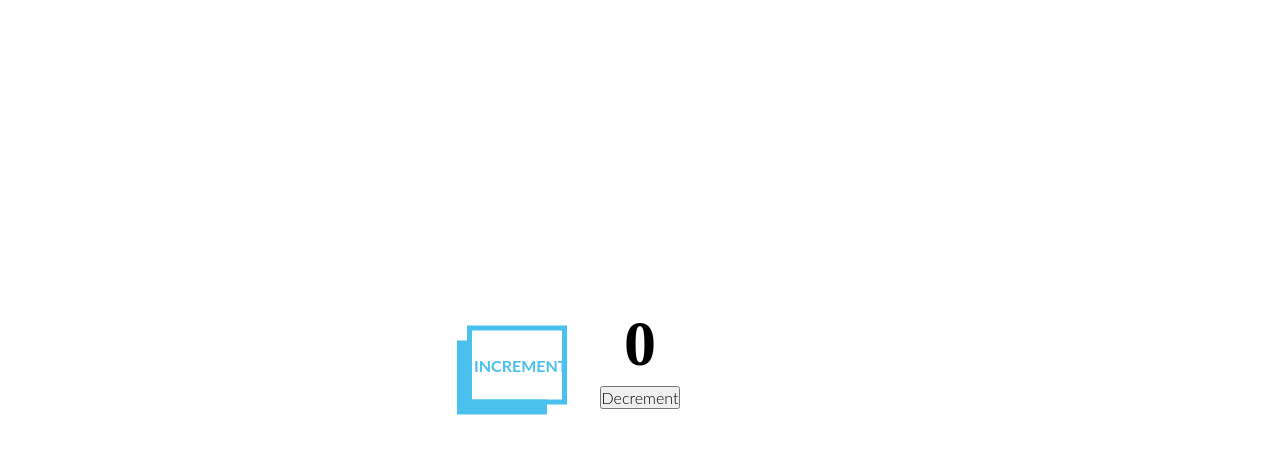
Repository: Ellisvelandia/react_introduction_test
Page: /
The author's editor kept a copy of each file at every save. The page is drawn from the files as they stood at one save, then again after the next save.
The browser window is 1280 px wide. The pictures show the whole page.
The project was rebuilt for these pictures with package versions that can differ from the ones it lists, and the page was loaded fresh each time. Also part of the build but not shown: src/index.css.

Above is the page before, as saved 2022-08-15 20:08:51.

### src/App.js
import "./App.scss";
import React, { useState } from "react";

const App = () => {
  const [num, changeNum] = useState(0);

  const incrementNum = () => {
    changeNum(num + 2);
  };

  const decrementNum = () => {
    if (num - 1 < 0) {
      alert(`you can't decrease than 0`);
    } else {
      changeNum(num - 2);
    }
  };

  return (
    <>
      <div className="container">
        <h1>{num}</h1>
        <button className="button_I" onClick={incrementNum}>Increment</button>
        <button className="button_D" onClick={decrementNum}>Decrement</button>
      </div>
    </>
  );
};

export default App;

### src/App.scss
* {
  margin: 0;
  padding: 0;
  box-sizing: border-box;
}

body {
  width: 100%;
  height: 100vh;
  display: flex;
  justify-content: center;
  align-items: center;
  flex-direction: column;
}

.container {
  align-self: center;
}

h1 {
  text-align: center;
  font-size: 4rem;
}

button {
  font-size: 1rem;
  margin: 5px;
  font-family: "Lato", sans-serif;
  font-weight: 300;
}


.button_I {
  position: absolute;
  left: 40%;
  top: 50%;
  transform: translateX(-50%) translateY(-50%);

  background: #fff;
  max-width: 100px;
  padding: 25px 2px;

  border: 5px solid #4ac0ee;
  color: #4ac0ee;
  font-weight: bold;
  text-transform: uppercase;
  text-align: center;

  z-index: 2;
  transition: all 0.15s 0.15s ease-out;

  &:after,
  &:before {
    position: absolute;
    width: 100%;
    max-width: 100%;
    top: 100%;
    left: 0;
    bottom: -10px;
    content: "";
    z-index: 1;
    transition: all 0.15s 0.15s ease-out;
  }

  &:before {
    background: #4ac0ee;
    top: 10px;
    left: -15px;
    height: 100%;
    width: 15px;
  }

  &:after {
    width: 100%;
    background: #4ac0ee;
    right: 0px;
    left: -15px;
    height: 15px;
  }

  &:hover {
    background: #4ac0ee;
    color: #fff;
    margin-left: -7.5px;
    margin-bottom: -7.5px;

    &:after,
    &:before {
      top: 100%;
      left: 0;
      bottom: 0px;
    }

    &:before {
      top: 0px;
      left: 0px;
      width: 0px;
    }

    &:after {
      right: 0px;
      left: 0px;
      height: 0px;
    }
  }
}

Loaded but not shown: public/index.html (common file); src/index.js (common file); src/reportWebVitals.js (common file)

After the next save:
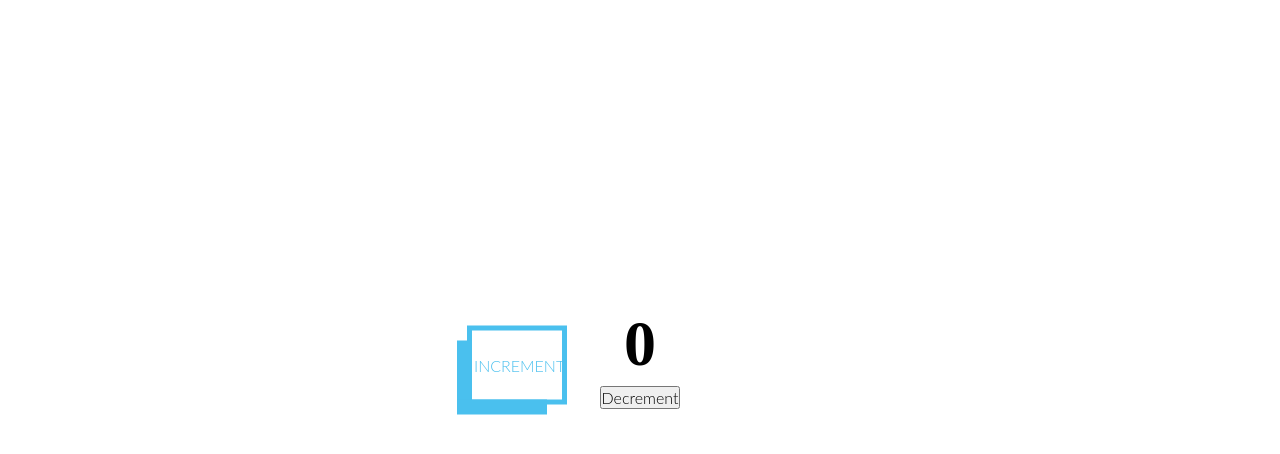
Saved 13 s later.
--- a/src/App.scss
+++ b/src/App.scss
@@ -42,7 +42,6 @@ button {
 
   border: 5px solid #4ac0ee;
   color: #4ac0ee;
-  font-weight: bold;
   text-transform: uppercase;
   text-align: center;
 
